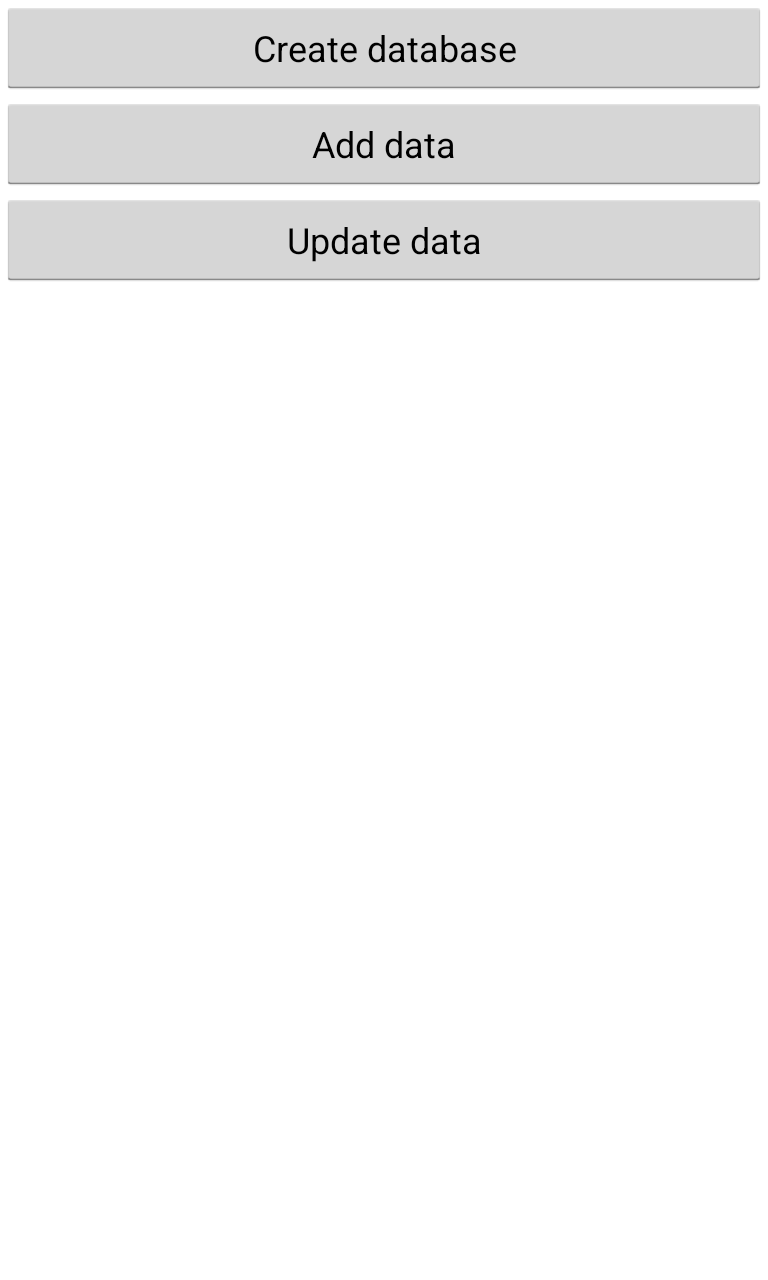
Repository: Wang-Xuan/Hello-World
Layout: DatabaseTest/res/layout/activity_main.xml
These files come from the project's save history. The layout is drawn as it stood at one moment and after the next save; the edit follows.
It is drawn on a 768 x 1280 px phone screen (xhdpi) without system bars, with theme AppTheme; the app's code is not run.

Above is the layout before, as saved 2015-03-11 13:31:54.

After the next save:
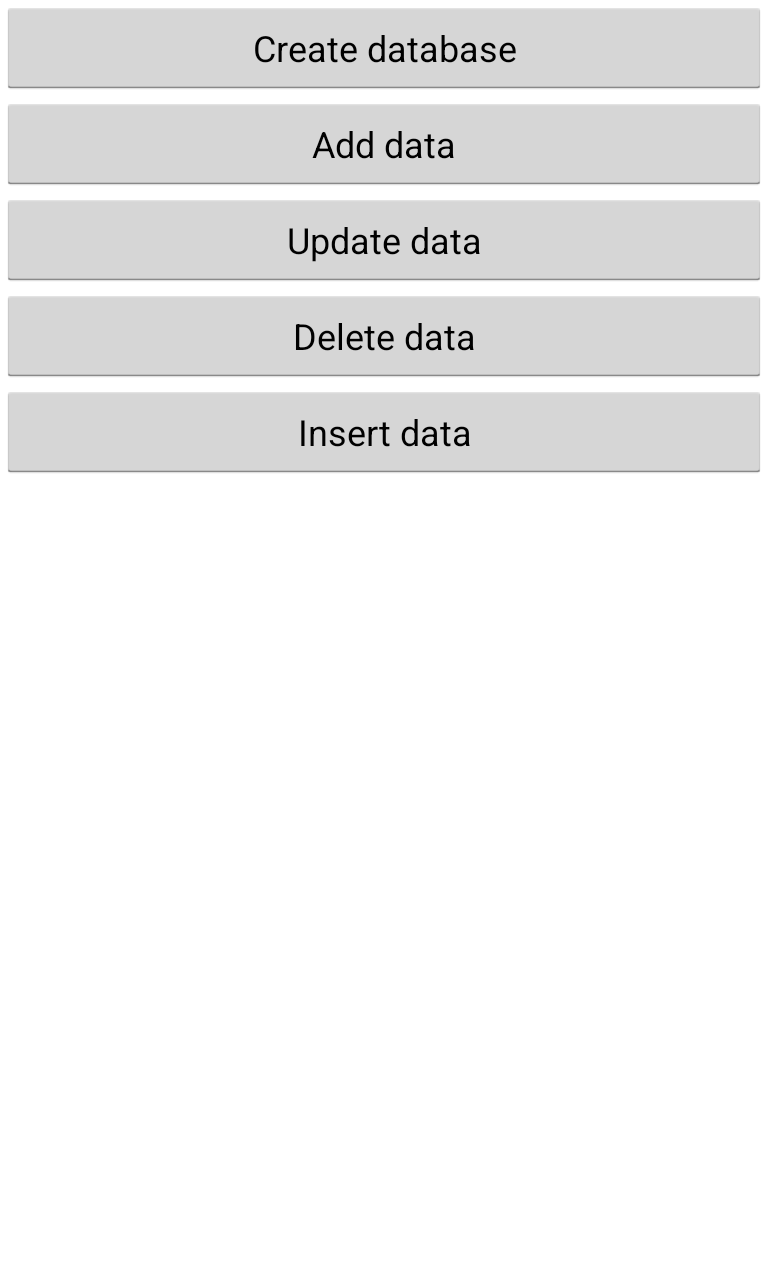
Saved 100 s later.
--- a/DatabaseTest/res/layout/activity_main.xml
+++ b/DatabaseTest/res/layout/activity_main.xml
@@ -21,4 +21,16 @@
 	    android:layout_height="wrap_content"
 	    android:text="Update data" />
 
+	<Button
+	    android:id="@+id/delete_data"
+	    android:layout_width="match_parent"
+	    android:layout_height="wrap_content"
+	    android:text="Delete data" />
+
+	<Button
+	    android:id="@+id/insert_data"
+	    android:layout_width="match_parent"
+	    android:layout_height="wrap_content"
+	    android:text="Insert data" />
+
 </LinearLayout>
